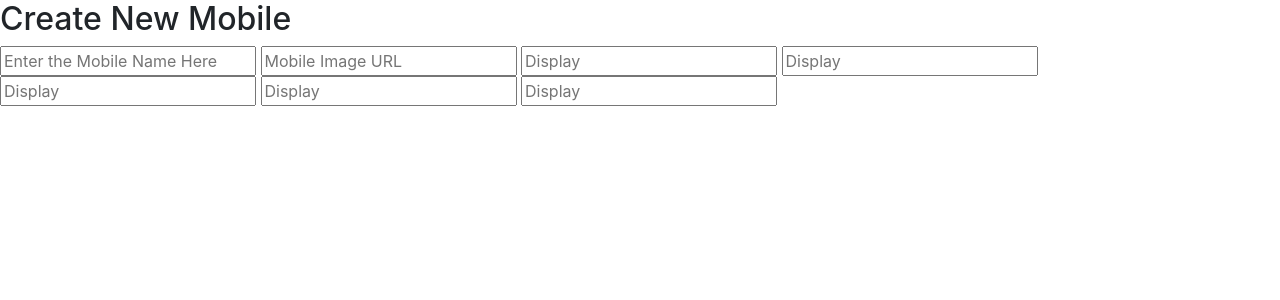
Repository: N-Verma/Webdev-Backend-
Page: http://localhost/mobiles/new
The author's editor kept a record of every edit. The page is drawn from the files as they stood at one moment, then again after the next edit.
The browser window is 1280 px wide. The pictures show the whole page.
The page is served by the project's Node server (Mobile_Compare/app.js).

Above is the page before.

### Web dev (backend)/environment/Mobile_Compare/views/new_mobile.ejs
<% include partials/header %>
<h2>Create New Mobile</h2>

<form action="/mobiles" method="POST">
    <input type="text" name="name" placeholder="Enter the Mobile Name Here">
    <input type="text" name="img" placeholder="Mobile Image URL">
    <input type="text" name="desc[display]" placeholder="Display">
    <input type="text" name="desc[display]" placeholder="Display">
    <input type="text" name="desc[display]" placeholder="Display">
    <input type="text" name="desc[display]" placeholder="Display">
    <input type="text" name="desc[display]" placeholder="Display">
</form>

<% include partials/footer %>

### Web dev (backend)/environment/Mobile_Compare/views/partials/header.ejs
 <!DOCTYPE html>
 <html>
     <head>
         <title>YelpCamp</title>
         <link href="https://stackpath.bootstrapcdn.com/bootstrap/4.3.1/css/bootstrap.min.css" rel="stylesheet">
    </head>
    <body>

### Web dev (backend)/environment/Mobile_Compare/views/partials/footer.ejs

    </body>
 </html>

### Web dev (backend)/environment/Mobile_Compare/app.js
var express = require('express'),
    app = express(),
    bodyParser = require('body-parser'),
    mongoose = require('mongoose')

mongoose.connect('mongodb://localhost:27017/mobilDB1', { useNewUrlParser: true });

app.use(bodyParser.urlencoded({extended: true}));
app.set("view engine","ejs");

var mobileSchema = new mongoose.Schema({
   name:String,
   image:String,
   description:{
       display:String,
       storage:String,
       RAM:String,
       battery_life:String,
       price:String
   }
});

var Mobile = mongoose.model("Mobile", mobileSchema);

//add a temporary mobile object


//root route
app.get("/",function(req, res) {
    app.redirect("/mobiles");
})

//showcase route
app.get("/mobiles", function(req,res){
   res.render("index");
});

//post route for mobile
app.post("/mobiles", function(req,res){
   var name = req.body.name;
    var image = req.body.img;
    var storage = req.body.desc.storage;
    var display = req.body.desc.display;
    var battery = req.body.desc.battery;
    var RAM = req.body.RAM;
    var price = req.body.price;
    var newMobile = {name: name, image:image, description:{display:display, storage:storage,RAM:RAM,battery_life:battery,price:price}};

});


//create new mobile
app.get("/mobiles/new", function(req, res) {
    res.render("new_mobile");
});



app.listen(process.env.PORT,process.env.IP, function(){
   console.log("Mobile Showcase running.....");
});

After the next edit:
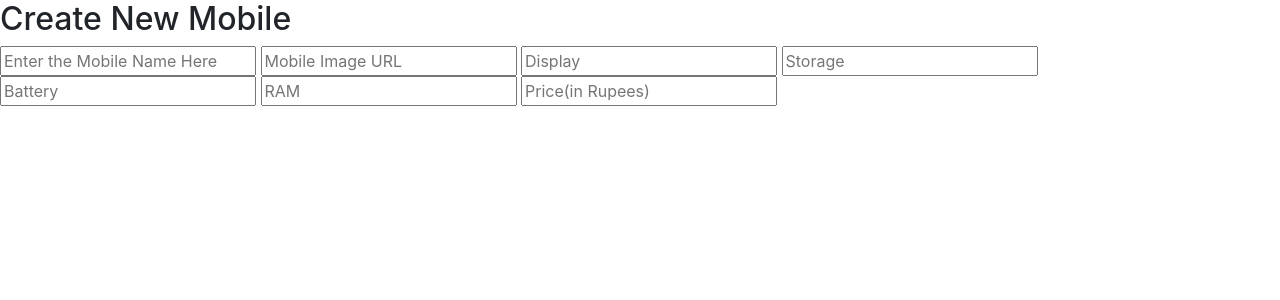
The edit:
--- a/Web dev (backend)/environment/Mobile_Compare/views/new_mobile.ejs
+++ b/Web dev (backend)/environment/Mobile_Compare/views/new_mobile.ejs
@@ -5,10 +5,10 @@
     <input type="text" name="name" placeholder="Enter the Mobile Name Here">
     <input type="text" name="img" placeholder="Mobile Image URL">
     <input type="text" name="desc[display]" placeholder="Display">
-    <input type="text" name="desc[display]" placeholder="Display">
-    <input type="text" name="desc[display]" placeholder="Display">
-    <input type="text" name="desc[display]" placeholder="Display">
-    <input type="text" name="desc[display]" placeholder="Display">
+    <input type="text" name="desc[storage]" placeholder="Storage">
+    <input type="text" name="desc[battery]" placeholder="Battery">
+    <input type="text" name="desc[RAM]" placeholder="RAM">
+    <input type="text" name="desc[price]" placeholder="Price(in Rupees)">
 </form>
 
 <% include partials/footer %>
